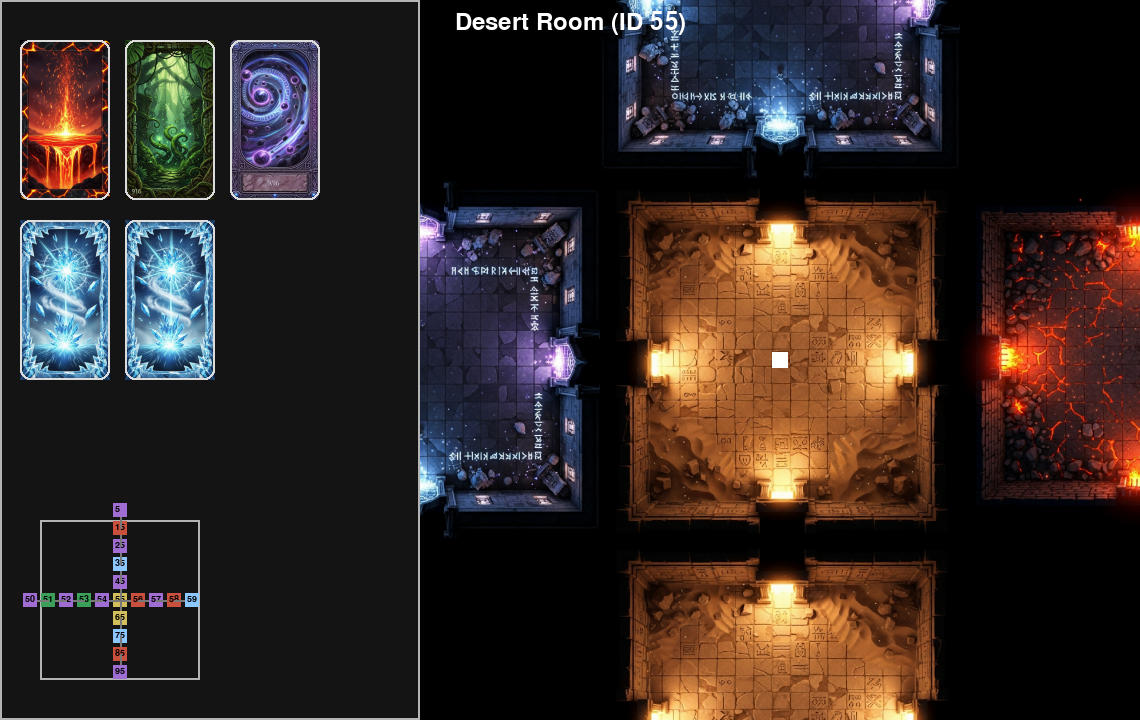
Repository: MehediMim/GateBound
Script's output: python main.py
An editor plug-in stored every save of this project. The script's output is shown before and after the next save, followed by the edit.
The window is shown after at most 60 frames with no key pressed. Random numbers start from a fixed seed. It also reads assets/bg_arcane.png, assets/bg_desert.png, assets/bg_ice.png, assets/bg_jungle.png, assets/bg_volcanic.png, assets/card_arcane.jpeg, assets/card_desert.jpeg, assets/card_ice.jpeg, assets/card_jungle.jpeg, assets/card_volcanic.jpeg.

Above is the script's output before, as saved 2026-01-26 19:28:19.

After the next save:
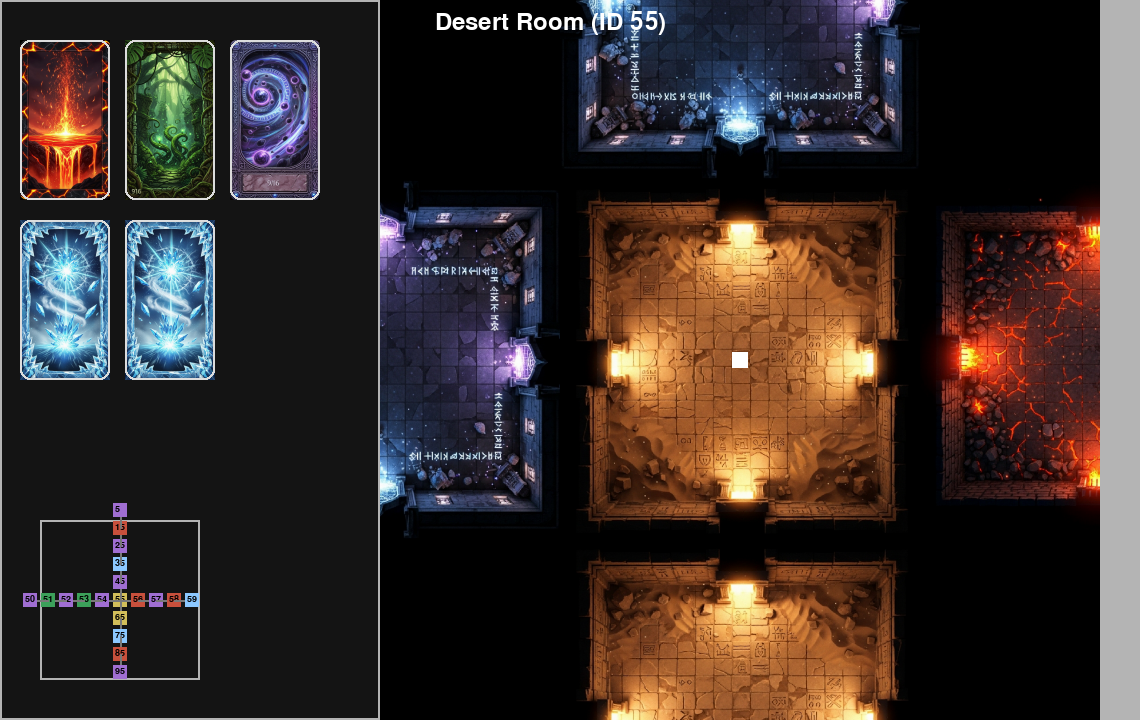
Saved 9 s later.
--- a/main.py
+++ b/main.py
@@ -21,7 +21,7 @@ GRID_H = 10
 # =========================
 # UI / LAYOUT (IMPORTANT)
 # =========================
-SIDEBAR_W = 420            # LEFT UI ONLY
+SIDEBAR_W = 380            # LEFT UI ONLY
 PREVIEW_MARGIN = ROOM_DRAW // 2     # space for half rooms
 
 SCREEN_WIDTH  = SIDEBAR_W + ROOM_DRAW + PREVIEW_MARGIN * 2
